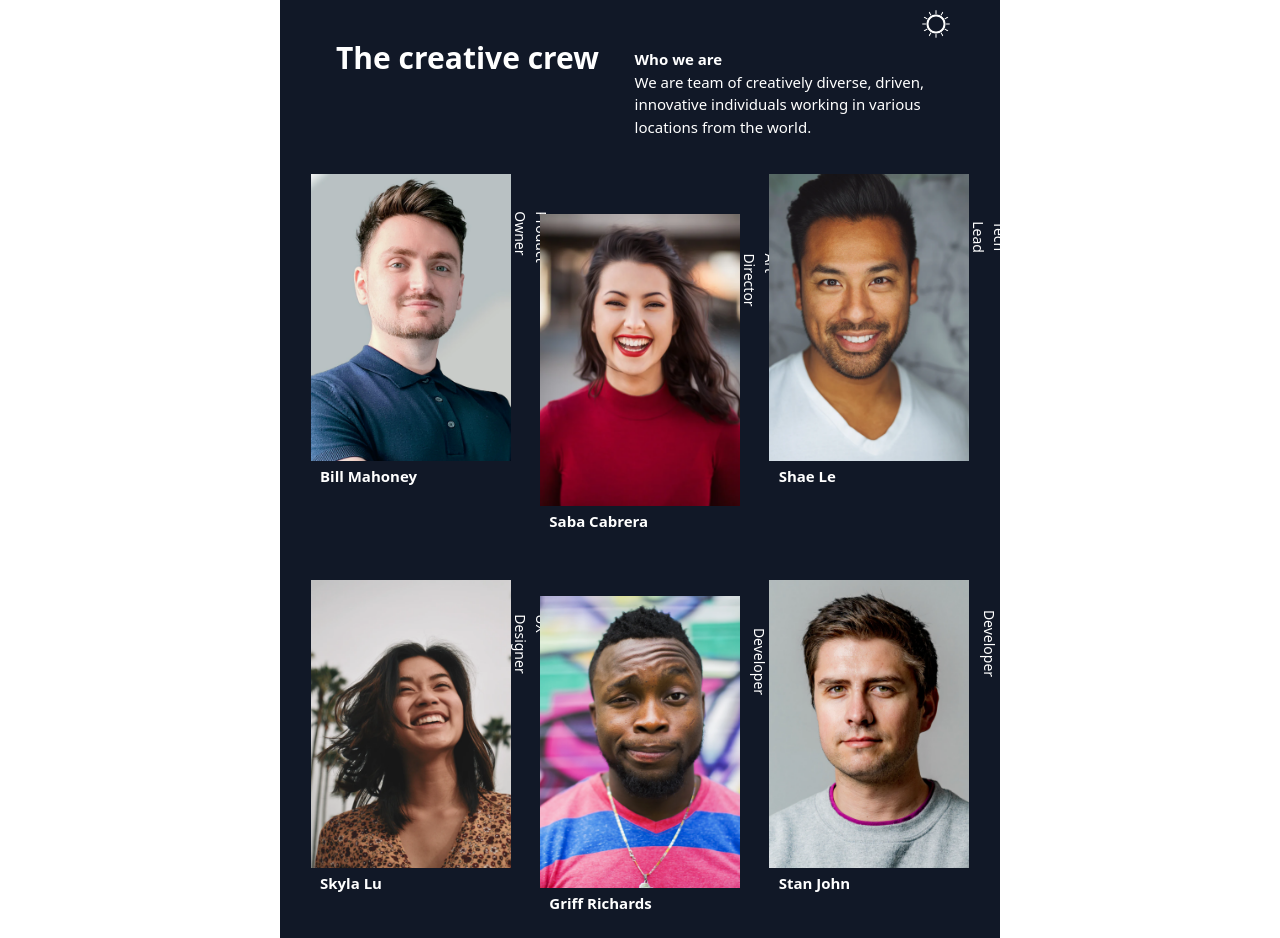
Repository: Alzate1075/Funval-G3-N2
Page: /
An editor plug-in stored every save of this project. The page is shown before and after the next save, followed by the edit.
The browser window is 1280 px wide. The pictures show the whole page.
The project was rebuilt for these pictures with package versions that can differ from the ones it lists, and the page was loaded fresh each time. Also part of the build but not shown: vite.config.js.

Above is the page before, as saved 2025-07-03 11:24:25.

### index.html
<!DOCTYPE html>
<html lang="en">
  <head>
    <meta charset="UTF-8" />
    <link rel="icon" type="image/svg+xml" href="/vite.svg" />
    <meta name="viewport" content="width=device-width, initial-scale=1.0" />
    <link rel="stylesheet" href="./src/index.css" />
    <title>Vite + React</title>
  </head>
  <body>
    <div id="root"></div>
    <script type="module" src="/src/main.jsx"></script>
  </body>
</html>

### src/App.jsx
import React from "react";
import { TeamCard } from "./components/TeamCard";
import miArray from "./components/ArrayTeams";

function App() {
  return (
    <div className="md:bg-[#111827] p-2 md:mx-70">
      <div className="flex justify-end mr-10">
        <img src="/images/sol.png" alt="sol" className="w-8 hidden md:block" />
      </div>
      <div className="flex justify-end">
        <img src="/images/luna.png" alt="luna" className="w-8 md:hidden" />
      </div>
      <div className="md:text-white text-black text-center md:flex md:justify-between md:mx-12">
        <h1 className="text-3xl font-bold">The creative crew</h1>
        <p className="text-[15px] mt-2 max-w-md md:text-md text-wrap text-left m-5">
          <b>Who we are</b>
          <br />
          We are team of creatively diverse, driven, <br /> innovative
          individuals working in various <br /> locations from the world.
        </p>
      </div>

      <div className="md:bg-[#111827] grid grid-cols-2 md:grid-cols-3 gap-x-4 gap-y-6 p-4">
        {miArray.map((persona, index) => (
          <TeamCard
            key={index}
            name={persona.name}
            role={persona.role}
            image={persona.image}
            extraClass={`${index % 2 === 1 ? "mt-6" : ""} ${
              index % 3 === 1 ? "md:mt-10" : ""
            }`}
          />
        ))}
      </div>
    </div>
  );
}

export default App;

### src/components/TeamCard.jsx
import React from "react";
export function TeamCard(props) {
  return (
    <div className={`${props.extraClass}`}>
      <div className="text-black md:text-white md:flex md:items-center md:justify-center gap-2 relative">
        <img src={props.image} alt={props.name} className="md:w-[200px] w-20" />
        <span className="absolute rotate-90 text-[10px] md:text-[14px] md:ml-60 md:mb-40">
          {props.role}
        </span>
      </div>
      <div className="md:text-white text-center mt-1 md:flex md:justify-star pl-4">
        <h3 className="font-semibold text-[12px] md:text-[15px]">
          {props.name}
        </h3>
      </div>
    </div>
  );
}

### src/components/ArrayTeams.jsx
import React from "react";
const miArray = [
  {
    name: "Bill Mahoney",
    role: "Product Owner",
    image: "/images/photo1.png",
  },
  {
    name: "Saba Cabrera",
    role: "Art Director",
    image: "/images/photo2.png",
  },
  {
    name: "Shae Le",
    role: "Tech Lead",
    image: "/images/photo3.png",
  },
  {
    name: "Skyla Lu",
    role: "UX Designer",
    image: "/images/photo4.png",
  },
  {
    name: "Griff Richards",
    role: "Developer",
    image: "/images/photo5.png",
  },
  {
    name: "Stan John",
    role: "Developer",
    image: "/images/photo6.png",
  },
];

export default miArray;

Loaded but not shown: src/index.css (common file); src/main.jsx (common file)

After the next save:
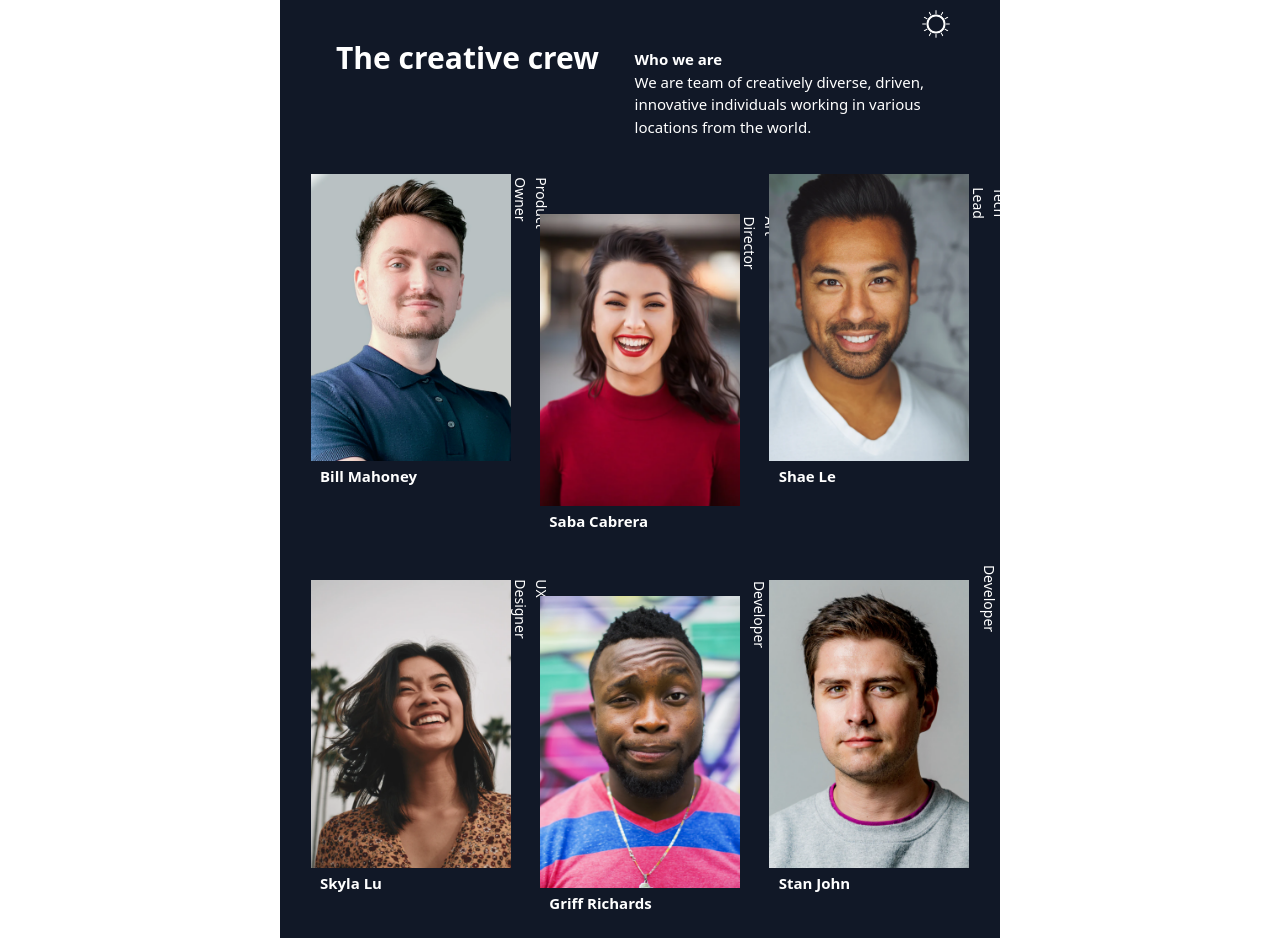
Saved 59 s later.
--- a/src/components/TeamCard.jsx
+++ b/src/components/TeamCard.jsx
@@ -4,7 +4,7 @@ export function TeamCard(props) {
     <div className={`${props.extraClass}`}>
       <div className="text-black md:text-white md:flex md:items-center md:justify-center gap-2 relative">
         <img src={props.image} alt={props.name} className="md:w-[200px] w-20" />
-        <span className="absolute rotate-90 text-[10px] md:text-[14px] md:ml-60 md:mb-40">
+        <span className="absolute rotate-90 text-[10px] top-2 md:text-[14px] md:ml-60 md:mb-40">
           {props.role}
         </span>
       </div>
